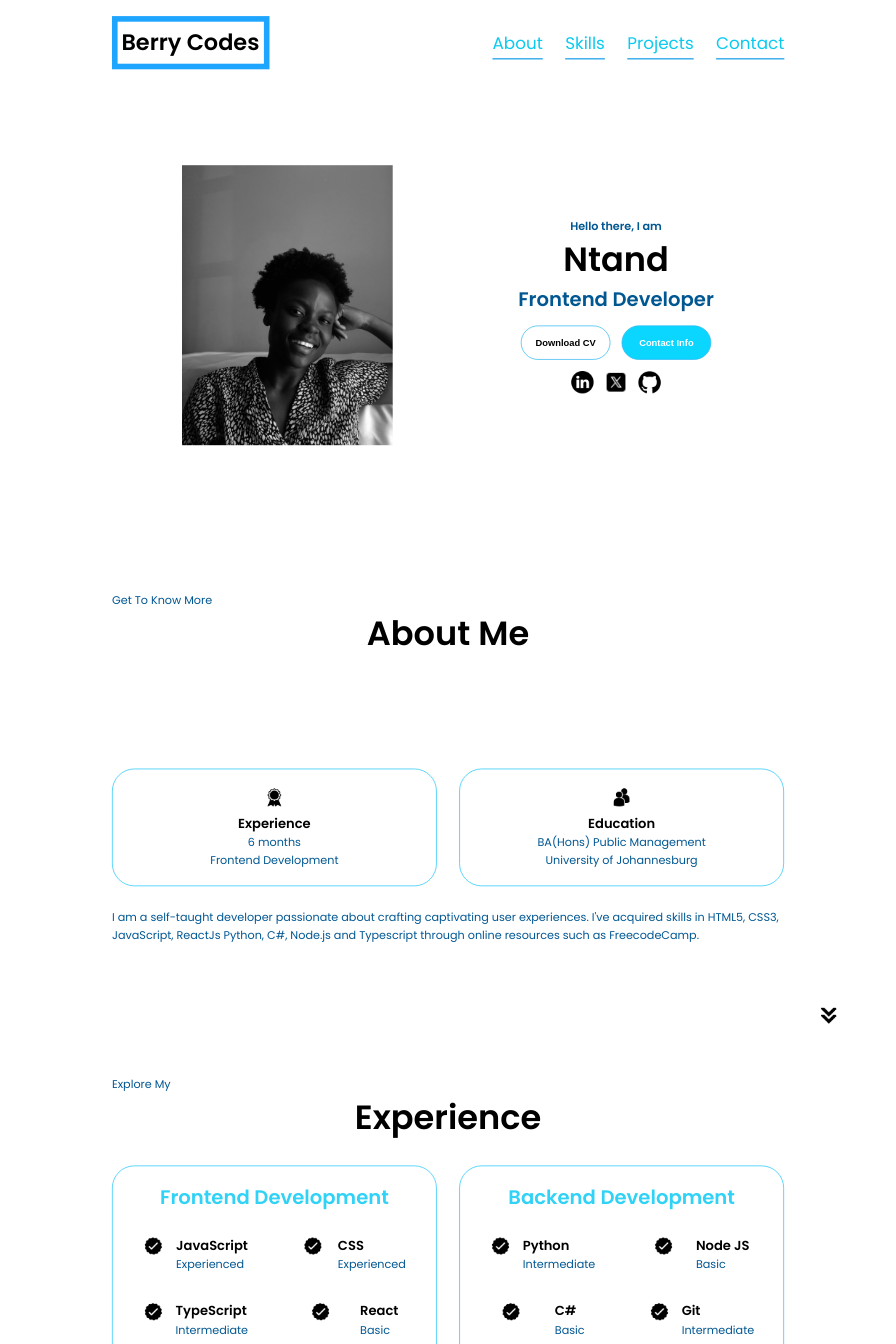
Repository: ntandomagana/FS-Dev-Portfolio
Page: index.html
These files come from the project's save history. The page is drawn as it stood at one moment and after a run of saves; the edit follows.
The browser window is 1280 px wide. The pictures show the part of the page from y = 0 to 1920 px (the page is 3177 px tall), at 70% of full size.

Above is the page before, as saved 2024-05-04 22:51:05.

After the next 2 saves:
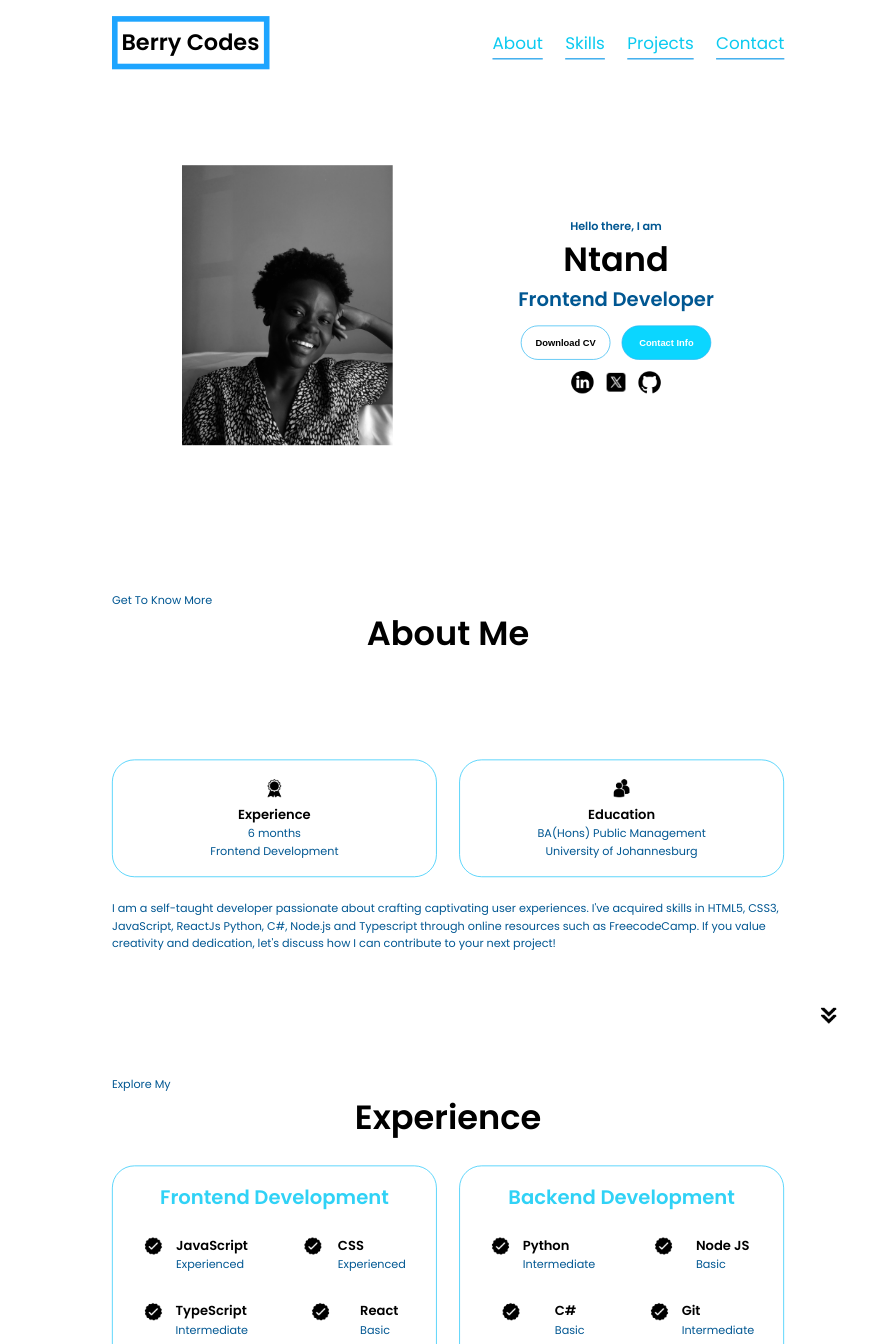
The 2 saves are shown as one change because they came seconds apart.
The last was saved 42 s later.
--- a/index.html
+++ b/index.html
@@ -110,7 +110,9 @@
               I am a self-taught developer passionate about crafting captivating
               user experiences. I've acquired skills in HTML5, CSS3, JavaScript,
               ReactJs Python, C#, Node.js and Typescript through online
-              resources such as FreecodeCamp.
+              resources such as FreecodeCamp. If you value creativity and
+              dedication, let's discuss how I can contribute to your next
+              project!
             </p>
           </div>
         </div>
